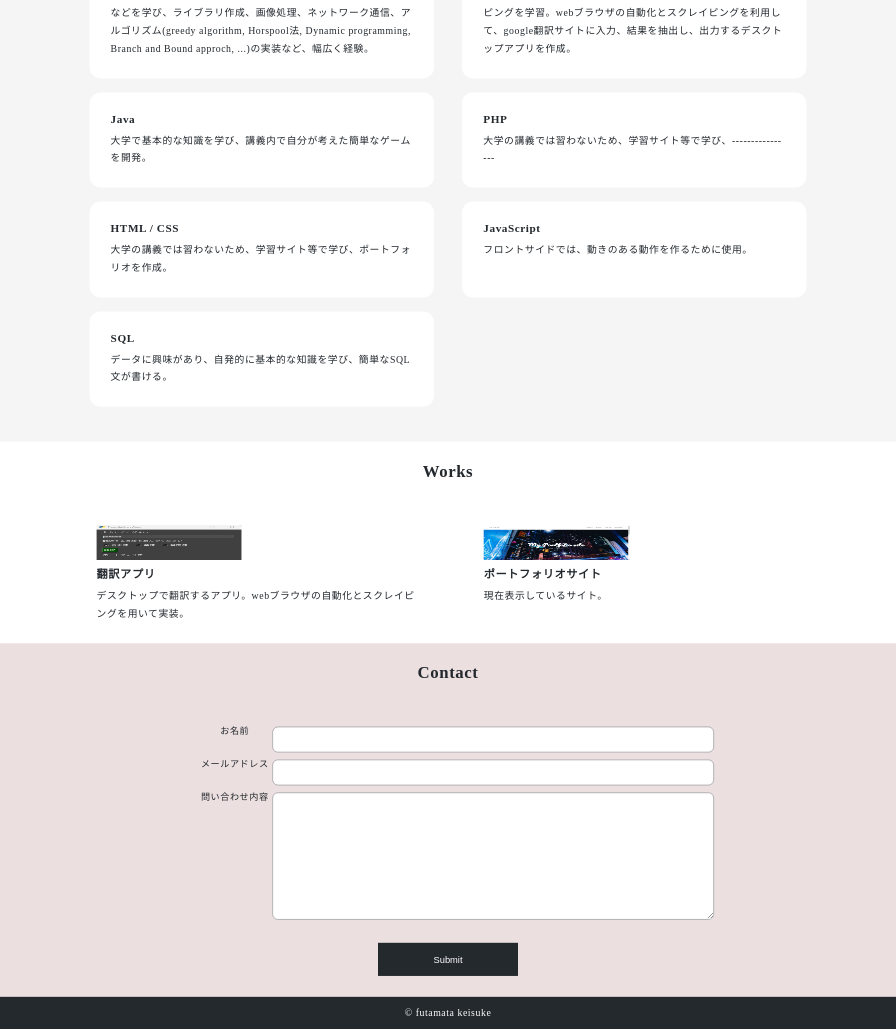
Repository: F-ksk/portfolio
Page: index.html
An editor plug-in stored every save of this project. The page is shown before and after the next save, followed by the edit.
The browser window is 1280 px wide. The pictures show the part of the page from y = 1170 to 3090 px (the page is 2640 px tall before and 3090 px after), at 70% of full size.

Above is the page before, as saved 2023-06-30 00:01:19.

After the next save:
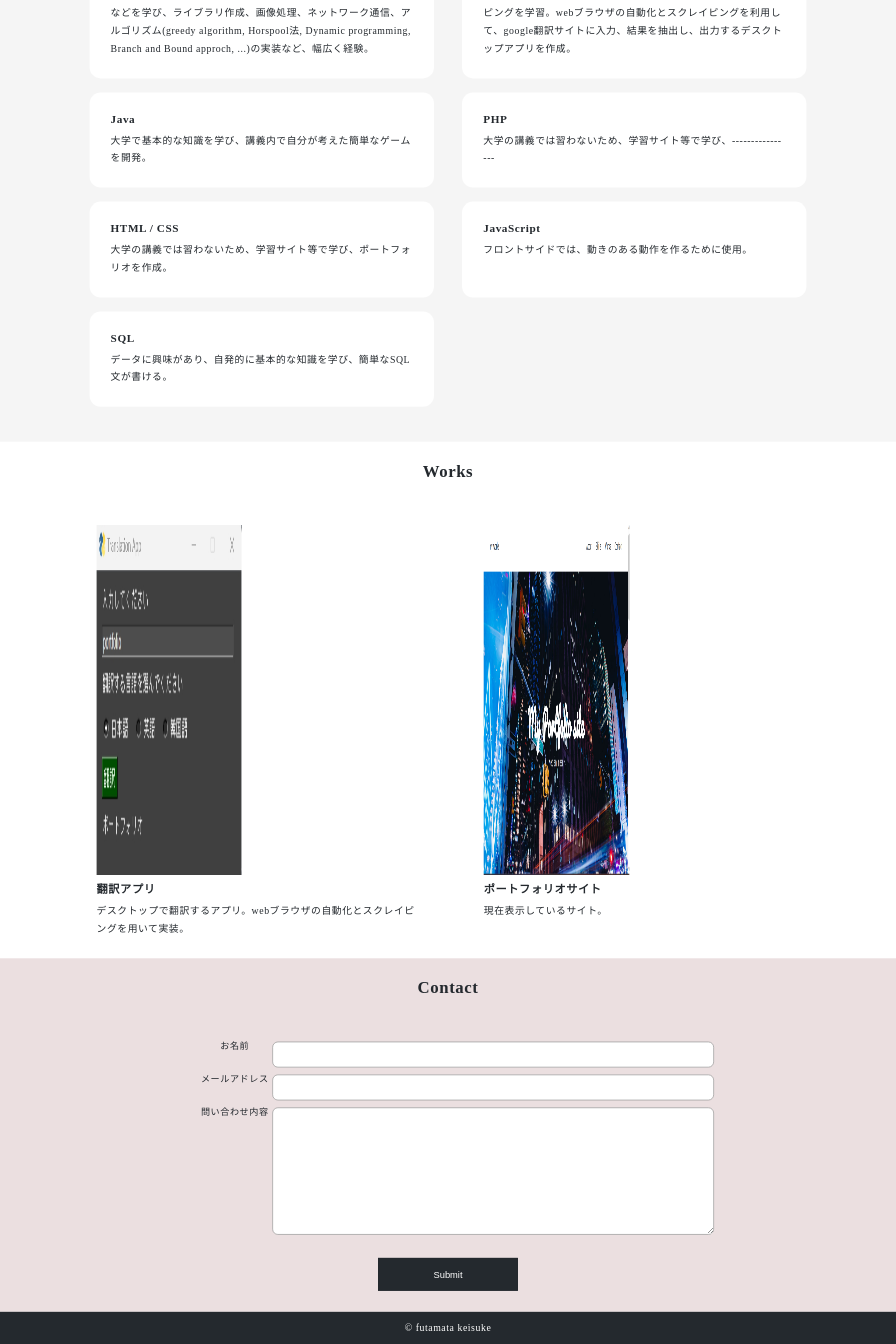
Saved 11 s later.
--- a/css/style.css
+++ b/css/style.css
@@ -149,7 +149,7 @@ section {
 
 #works img {
     width: 45%;
-    height: 50px;
+    height: 500px;
 }
 
 .work-description {
